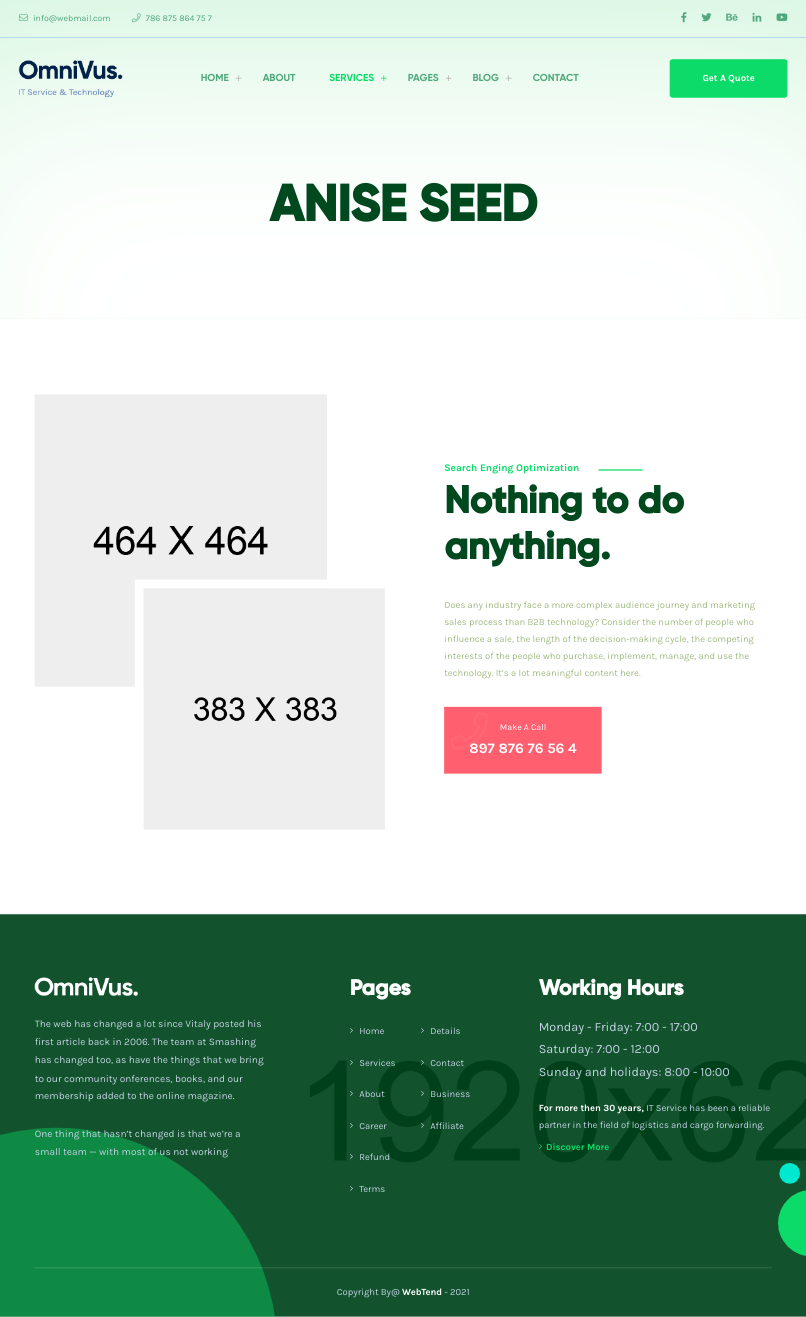
Repository: ziadmoh/alrehab-organic
Page: services-details.html
These files come from the project's save history. The page is drawn as it stood at one moment and after the next save; the edit follows.
The browser window is 1280 px wide. The pictures show the whole page, at 63% of full size.
The style sheet was rebuilt from its Sass, Less or Tailwind sources for each picture, by a compiler version that may differ from the author's.

Above is the page before, as saved 2023-09-23 00:59:08.

### services-details.html
<!DOCTYPE html>
<html lang="zxx">

<head>
    <!--====== Required meta tags ======-->
    <meta charset="utf-8" />
    <meta http-equiv="x-ua-compatible" content="ie=edge" />
    <meta name="description" content="" />
    <meta name="viewport" content="width=device-width, initial-scale=1, shrink-to-fit=no" />

    <!--====== Title ======-->
    <title> Omnivus - IT Solutions & Digital Services HTML5 Template || Services Details </title>
    <!--====== Favicon Icon ======-->
    <link rel="shortcut icon" href="assets/img/favicon.ico" type="img/png" />
    <!--====== Bootstrap css ======-->
    <link rel="stylesheet" href="assets/css/bootstrap.min.css" />
    <!--====== Slick Slider ======-->
    <link rel="stylesheet" href="assets/css/slick.css" />
    <!--====== Magnific ======-->
    <link rel="stylesheet" href="assets/css/magnific-popup.css" />
    <!--====== Animate CSS ======-->
    <link rel="stylesheet" href="assets/css/animate.min.css" />
    <!--====== Font Awesome ======-->
    <link rel="stylesheet" href="assets/css/font-awesome.min.css" />
    <!--====== Main Css ======-->
    <link rel="stylesheet" href="assets/css/style.css" />
</head>

<body>
    <!--====== Preloader Start ======-->
    <div id="preloader">
        <div class="loader-cubes">
            <div class="loader-cube1 loader-cube"></div>
            <div class="loader-cube2 loader-cube"></div>
            <div class="loader-cube4 loader-cube"></div>
            <div class="loader-cube3 loader-cube"></div>
        </div>
    </div>
    <!--====== Preloader End ======-->

    <!--====== Header Part Start ======-->
    <header class="header-two header-full-width sticky-header">
        <div class="header-topbar d-none d-sm-block">
            <div class="container-fluid">
                <div class="row align-items-center justify-content-between">
                    <div class="col-sm-auto col-12">
                        <ul class="contact-info text-center">
                            <li><a href="#"><i class="fal fa-envelope"></i> info@webmail.com</a></li>
                            <li><a href="#"><i class="fal fa-phone"></i> 786 875 864 75 7</a></li>
                        </ul>
                    </div>
                    <div class="col-sm-auto col-12">
                        <div class="social-icon text-center">
                            <ul>
                                <li><a href="#"><i class="fab fa-facebook-f"></i></a></li>
                                <li><a href="#"><i class="fab fa-twitter"></i></a></li>
                                <li><a href="#"><i class="fab fa-behance"></i></a></li>
                                <li><a href="#"><i class="fab fa-linkedin-in"></i></a></li>
                                <li><a href="#"><i class="fab fa-youtube"></i></a></li>
                            </ul>
                        </div>
                    </div>
                </div>
            </div>
        </div>
        <div class="header-navigation">
            <div class="container-fluid d-flex align-items-center justify-content-between">
                <div class="header-left">
                    <div class="site-logo">
                        <a href="index.html"><img src="assets/img/logo-2.png" alt="Omnivus"></a>
                    </div>
                </div>
                <div class="site-nav-menu">
                    <ul class="primary-menu">
                        <li>
                            <a href="index.html">Home</a>
                             <ul class="submenu">
                                <li><a href="index.html">Home 1</a></li>
                                <li><a href="index-2.html">Home 2</a></li>
                                <li><a href="index-3.html">Home 3</a></li>
                                <li><a href="index-4.html">Home 4</a></li>
                                <li><a href="index-5.html">Home 5</a></li>
                                <li><a href="index-6.html">Home 6</a></li>
                                <li>
                                    <a href="#">OnePage</a>
                                    <ul class="submenu">
                                        <li><a href="index-onepage.html">Home 1</a></li>
                                        <li><a href="index-2-onepage.html">Home 2</a></li>
                                        <li><a href="index-3-onepage.html">Home 3</a></li>
                                        <li><a href="index-4-onepage.html">Home 4</a></li>
                                        <li><a href="index-5-onepage.html">Home 5</a></li>
                                        <li><a href="index-6-onepage.html">Home 6</a></li>
                                    </ul>
                                </li>
                            </ul>
                        </li>
                        <li>
                            <a class="nav-link" href="about.html">About</a>
                        </li>
                        <li class="current">
                            <a href="#">Services</a>
                            <ul class="submenu">
                                <li><a href="services.html">Services</a></li>
                                <li><a href="services-details.html">Services Details</a></li>
                            </ul>
                        </li>
                        <li>
                            <a href="#">Pages</a>
                            <ul class="submenu">
                                <li><a href="case-study.html">case study</a></li>
                                <li><a href="case-details.html">Case Details</a></li>
                                <li><a href="coming-soon.html">coming soon</a></li>
                                <li><a href="error.html">error</a></li>
                                <li><a href="faq.html">faq</a></li>
                                <li><a href="pricing.html">pricing</a></li>
                                <li><a href="shop.html">shop</a></li>
                                <li><a href="shop-details.html">shop Details</a></li>
                                <li><a href="cart.html">Cart</a></li>
                                <li><a href="checkout.html">Checkout</a></li>
                                <li><a href="privacy.html">Privacy</a></li>
                                <li><a href="team.html">team</a></li>
                                <li><a href="team-details.html">team details</a></li>
                            </ul>
                        </li>
                        <li>
                            <a href="#">Blog</a>
                            <ul class="submenu">
                                <li><a href="blog-standard.html">Blog Standard</a></li>
                                <li><a href="blog-grid.html">Blog Grid</a></li>
                                <li><a href="blog-details.html">Blog Details</a></li>
                            </ul>
                        </li>
                        <li>
                            <a href="contact.html">Contact</a>
                        </li>
                    </ul>
                    <a href="#" class="nav-close"><i class="fal fa-times"></i></a>
                </div>
                <div class="header-extra d-flex align-items-center">
                    <div class="nav-toggler">
                        <span></span><span></span><span></span>
                    </div>
                    <div class="navbar-btn">
                        <a href="#">Get A Quote</a>
                    </div>
                </div>
            </div>
        </div>
    </header>
    <!--====== Header Part End ======-->

    <!--====== Page Title start ======-->
    <section class="page-title-area">
        <div class="container">
            <h2 class="title">ANISE SEED</h2>
        </div>
    </section>
    <!--====== Page Title End ======-->

    <!--====== Service Section Start ======-->
    <section class="service-details-section section-gap">
        <div class="container">
            <div class="row align-items-center justify-content-center">
                <div class="col-lg-6 col-md-10">
                    <div class="services-details-imgs mb-md-gap-50">
                        <div class="img-one">
                            <img src="assets/img/service-img/services-op-1.jpg" alt="img">
                        </div>
                        <div class="img-two text-right">
                            <img src="assets/img/service-img/services-op-2.jpg" alt="img">
                        </div>
                    </div>
                </div>
                <div class="col-lg-6 col-md-10">
                    <div class="service-details-text-block">
                        <div class="section-title with-right-border mb-40">
                            <span class="title-tag">Search Enging Optimization</span>
                            <h2 class="title">Nothing to do anything.</h2>
                        </div>
                        <p class="text-color-2">
                            Does any industry face a more complex audience journey and marketing sales process than B2B technology? Consider the number of people who influence a sale, the length of the decision-making cycle, the competing interests of the people who purchase, implement, manage, and use the technology. It’s a lot meaningful content here.
                        </p>
                        <div class="service-support-btn">
                            <p>Make A Call</p>
                            <span>897 876 76 56 4</span>
                            <i class="fal fa-phone"></i>
                        </div>
                    </div>
                </div>
            </div>
        </div>
    </section>
    <!--====== Service Section End ======-->


    <!--====== Back to top start ======-->
    <div class="back-to-top">
        <a href="#"> <i class="fas fa-arrow-up"></i> </a>
    </div>
    <!--====== Back to top start ======-->

    <!--====== Footer PART START ======-->
    <footer class="footer-area footer-area-two" style="background-image: url(assets/img/footer-bg.jpg);">
        <div class="container">
            <div class="row footer-widgets">
                <div class="col-lg-4 col-md-6 col-md-7">
                    <div class="widget about-widget">
                        <div class="logo">
                            <img src="assets/img/logo-1.1.png" alt="Image">
                        </div>
                        <p>The web has changed a lot since Vitaly posted his first article back in 2006. The team at
                            Smashing has changed too, as have the things that we bring to our community onferences,
                            books, and our membership added to the online magazine.</p>
                        <p>One thing that hasn’t changed is that we’re a small team — with most of us not working</p>
                    </div>
                </div>
                <div class="col-lg-3 col-md-6 offset-xl-1">
                    <div class="widget nav-widget">
                        <h4 class="widget-title">Pages</h4>
                        <div class="footer-list">
                            <ul>
                                <li><a href="#"><i class="fal fa-angle-right"></i> Home</a></li>
                                <li><a href="#"><i class="fal fa-angle-right"></i> Services</a></li>
                                <li><a href="#"><i class="fal fa-angle-right"></i> About</a></li>
                                <li><a href="#"><i class="fal fa-angle-right"></i> Career</a></li>
                                <li><a href="#"><i class="fal fa-angle-right"></i> Refund</a></li>
                                <li><a href="#"><i class="fal fa-angle-right"></i> Terms</a></li>
                            </ul>
                            <ul>
                                <li><a href="#"><i class="fal fa-angle-right"></i> Details</a></li>
                                <li><a href="#"><i class="fal fa-angle-right"></i> Contact</a></li>
                                <li><a href="#"><i class="fal fa-angle-right"></i> Business</a></li>
                                <li><a href="#"><i class="fal fa-angle-right"></i> Affiliate</a></li>
                            </ul>
                        </div>
                    </div>
                </div>
                <div class="col-lg-4 col-md-6 col-md-6">
                    <div class="widget contact-widget">
                        <h4 class="widget-title">Working Hours</h4>
                        <ul>
                            <li>Monday - Friday: 7:00 - 17:00</li>
                            <li>Saturday: 7:00 - 12:00</li>
                            <li>Sunday and holidays: 8:00 - 10:00</li>
                        </ul>
                        <p><span>For more then 30 years,</span> IT Service has been a reliable partner in the field of
                            logistics and cargo forwarding.</p>
                        <a href="#"><i class="fal fa-angle-right"></i>Discover More</a>
                    </div>
                </div>
            </div>
            <div class="footer-copyright">
                <p>Copyright By@ <a href="#">WebTend</a> - 2021</p>
            </div>
        </div>
    </footer>
    <!--====== Footer PART ENDS ======-->

    <!--====== Jquery ======-->
    <script src="assets/js/jquery-1.12.4.min.js"></script>
    <!--====== Bootstrap ======-->
    <script src="assets/js/bootstrap.bundle.min.js"></script>
    <!--====== Slick slider ======-->
    <script src="assets/js/slick.min.js"></script>
    <!--====== Magnific ======-->
    <script src="assets/js/jquery.magnific-popup.min.js"></script>
    <!--====== Isotope ======-->
    <script src="assets/js/isotope.pkgd.min.js"></script>
    <!--====== Imagesloaded ======-->
    <script src="assets/js/imagesloaded.pkgd.min.js"></script>
    <!--====== Inview ======-->
    <script src="assets/js/jquery.inview.min.js"></script>
    <!--====== Easy Pie Chart ======-->
    <script src="assets/js/jquery.easypiechart.min.js"></script>
    <!--====== Syotimer ======-->
    <script src="assets/js/jquery.syotimer.min.js"></script>
    <!--====== Wow ======-->
    <script src="assets/js/wow.min.js"></script>
    <!--====== Main JS ======-->
    <script src="assets/js/main.js"></script>
</body>

</html>

### assets/scss/style.scss
/*-----------------------------------------------------------------------------------
    Template Name: Omnivus - IT Solutions & Digital Services HTML5 Template
    Template URI: https://webtend.net/demo/html/omnivus/
    Author: WebTend
    Author URI:  https://webtend.net/
    Version: 1.0

    Note: This is Main Style Scss File.
-----------------------------------------------------------------------------------
	CSS INDEX
	===================
    01. Common
    02. Header
    03. Banner
    04. Service
    05. Feature
    05. Portdolio
    07. Counter
    08. Team
    09. Testimonial
    10. Call to action
    11. Latest Post
    12. About
    13. Why Choose
    14. Contact
    15. Intro Video
    16. Accordion
    17. history
    18. Brand
    19. Page title
    20. Shop
    21. Blog
    22. Pricing
    23. Tile Gallery
    24. Comming Soon
    25. Privacy
-----------------------------------------------------------------------------------*/

@import "variables";
@import "common";
@import "header";
@import "banner";
@import "service";
@import "feature";
@import "portfolio";
@import "counter";
@import "team";
@import "testimonial";
@import "cta";
@import "latest-news";
@import "about";
@import "why-choose";
@import "contact";
@import "intro-video";
@import "accordion";
@import "history";
@import "brand";
@import "footer";
@import "page-title";
@import "shop";
@import "blog";
@import "pricing";
@import "tile-gallery";
@import "coming-soon";
@import "privacy";

### assets/scss/_brand.scss
/*=======  Brand Slider  =======*/
.brand-slider {
    .brand-item {
        text-align: center;

        a {
            opacity: 0.2;

            &:hover {
                opacity: 1;
            }
        }

        &.full-opacity a{
            opacity: 1;
        }
    }

    .slick-track {
        display: flex;
        align-items: center;
    }
}

### assets/scss/_page-title.scss
/*=======  Page Title  =======*/
.page-title-area {
    background: #a9ecbb96;
    position: relative;
    z-index: 1;
    text-align: center;
    padding-top: 280px;
    padding-bottom: 120px;

    @include respond-below(sm) {
        padding-top: 180px;
    }

    &::before {
        position: absolute;
        content: "";
        top: 0;
        left: 0;
        width: 100%;
        height: 100%;
        background-image: url(../img/banner/banner-gradient-bg-2.png);
        background-repeat: no-repeat;
        background-size: cover;
        background-position: center;
        z-index: -1;
    }

    .title {
        font-size: 80px;
        margin-bottom: 10px;

        @include respond-below(lg) {
            font-size: 62px;
        }

        @include respond-below(sm) {
            font-size: 38px;
        }
    }

    .breadcrumb-nav {
        display: flex;
        justify-content: center;

        li {
            font-size: 24px;
            font-weight: 700;
            position: relative;
            line-height: 1;

            @include respond-below(sm) {
                font-size: 18px;
            }

            &:not(:last-child) {
                &::after {
                    content: "|";
                    margin: 0 8px;
                }
            }

            &,
            a {
                color: #69a1bb;
            }
        }
    }
}

### assets/scss/_tile-gallery.scss
/*======= Tile Gallery =======*/
.tile-gallery-one {
    text-align: right;

    img {
        border: 11px solid $white;
        box-shadow: 0px 13px 30px rgba(0, 0, 0, 0.07);
    }

    .img-one {
        text-align: left;

        @include respond-between(lg, xl) {
            max-width: 90%;
        }

        @include respond-below(md) {
            max-width: 90%;
        }
    }

    .img-two {
        margin-top: -80px;
        position: relative;
        display: inline-block;
        margin-left: auto;
        z-index: 1;

        @include respond-between(lg, xl) {
            max-width: 90%;
        }

        @include respond-below(md) {
            max-width: 90%;
        }

        &::before {
            content: "";
            position: absolute;
            content: "";
            left: -15px;
            bottom: -15px;
            background-color: $primary-color;
            z-index: -1;
            height: 180px;
            width: 180px;
            clip-path: polygon(0 0, 0% 100%, 100% 100%);
        }
    }
}

.tile-gallery-two {
    text-align: right;

    .img-one {
        text-align: left;

        @include respond-below(sm) {
            max-width: 90%;
        }
    }

    .img-two {
        margin-top: -220px;
        position: relative;
        z-index: 1;
        display: inline-block;

        @include respond-between(lg, xl) {
            max-width: 80%;
        }

        @include respond-below(sm) {
            max-width: 90%;
        }

        &::before {
            content: "";
            position: absolute;
            content: "";
            right: -15px;
            bottom: -15px;
            background-color: $primary-color;
            z-index: -1;
            width: calc(100% - 80px);
            height: calc(100% - 80px);
            clip-path: polygon(100% 0, 0% 100%, 100% 100%);
        }
    }
}

.tile-gallery-three {
    .img-one {
        text-align: right;

        @include respond-below(sm) {
            max-width: 90%;
        }
    }

    .img-two {
        margin-top: -220px;
        position: relative;
        z-index: 1;
        display: inline-block;

        @include respond-below(sm) {
            max-width: 90%;
        }

        @include respond-between(lg, xl) {
            max-width: 90%;
        }

        img {
            border: 15px solid $soft-blue;
        }
    }
}

### assets/scss/_privacy.scss
/*=======  Privacy  =======*/
.privacy-area {
    .content-box {
        padding-bottom: 25px;
        border-bottom: 1px solid $border-color;
        color: $text-color-2;

        &:last-child {
            border-bottom: none;
        }

        h2 {
            margin-bottom: 20px;
        }

        h4 {
            max-width: 80%;
            margin-bottom: 15px;
        }

        p {
            margin-bottom: 20px;
        }

        ul.list {
            margin-top: 15px;

            li {
                position: relative;
                padding-left: 20px;
                padding-bottom: 15px;
                line-height: 20px;

                &:before {
                    position: absolute;
                    top: 5px;
                    left: 0;
                    width: 10px;
                    height: 10px;
                    border-radius: 10px;
                    background: $secondary-color;
                    content: "";
                }
            }
        }
    }
}

Loaded but not shown: assets/css/bootstrap.min.css (library); assets/css/slick.css (common file); assets/css/magnific-popup.css (library); assets/css/animate.min.css (library); assets/css/font-awesome.min.css (library); assets/js/jquery-1.12.4.min.js (library); assets/js/bootstrap.bundle.min.js (library); assets/js/slick.min.js (library); assets/js/jquery.magnific-popup.min.js (library); assets/js/isotope.pkgd.min.js (library); assets/js/imagesloaded.pkgd.min.js (library); assets/js/jquery.inview.min.js (common file); assets/js/jquery.easypiechart.min.js (library); assets/js/jquery.syotimer.min.js (library); assets/js/wow.min.js (library); assets/js/main.js (629 lines, source omitted); assets/scss/_blog.scss (1050 lines, source omitted); assets/scss/_header.scss (781 lines, source omitted); assets/scss/_service.scss (849 lines, source omitted); assets/scss/_banner.scss (727 lines, source omitted); assets/scss/_common.scss (1101 lines, source omitted); assets/scss/_shop.scss (765 lines, source omitted); assets/scss/_portfolio.scss (552 lines, source omitted); assets/scss/_team.scss (422 lines, source omitted); assets/scss/_accordion.scss (320 lines, source omitted); assets/scss/_feature.scss (328 lines, source omitted); assets/scss/_intro-video.scss (289 lines, source omitted); assets/scss/_counter.scss (327 lines, source omitted); assets/scss/_latest-news.scss (316 lines, source omitted); assets/scss/_cta.scss (275 lines, source omitted); assets/scss/_contact.scss (280 lines, source omitted); assets/scss/_about.scss (261 lines, source omitted); assets/scss/_footer.scss (239 lines, source omitted); assets/scss/_history.scss (164 lines, source omitted); assets/scss/_coming-soon.scss (136 lines, source omitted); assets/scss/_testimonial.scss (143 lines, source omitted); assets/scss/_variables.scss (120 lines, source omitted); assets/scss/_pricing.scss (147 lines, source omitted); assets/scss/_why-choose.scss (109 lines, source omitted)

After the next save:
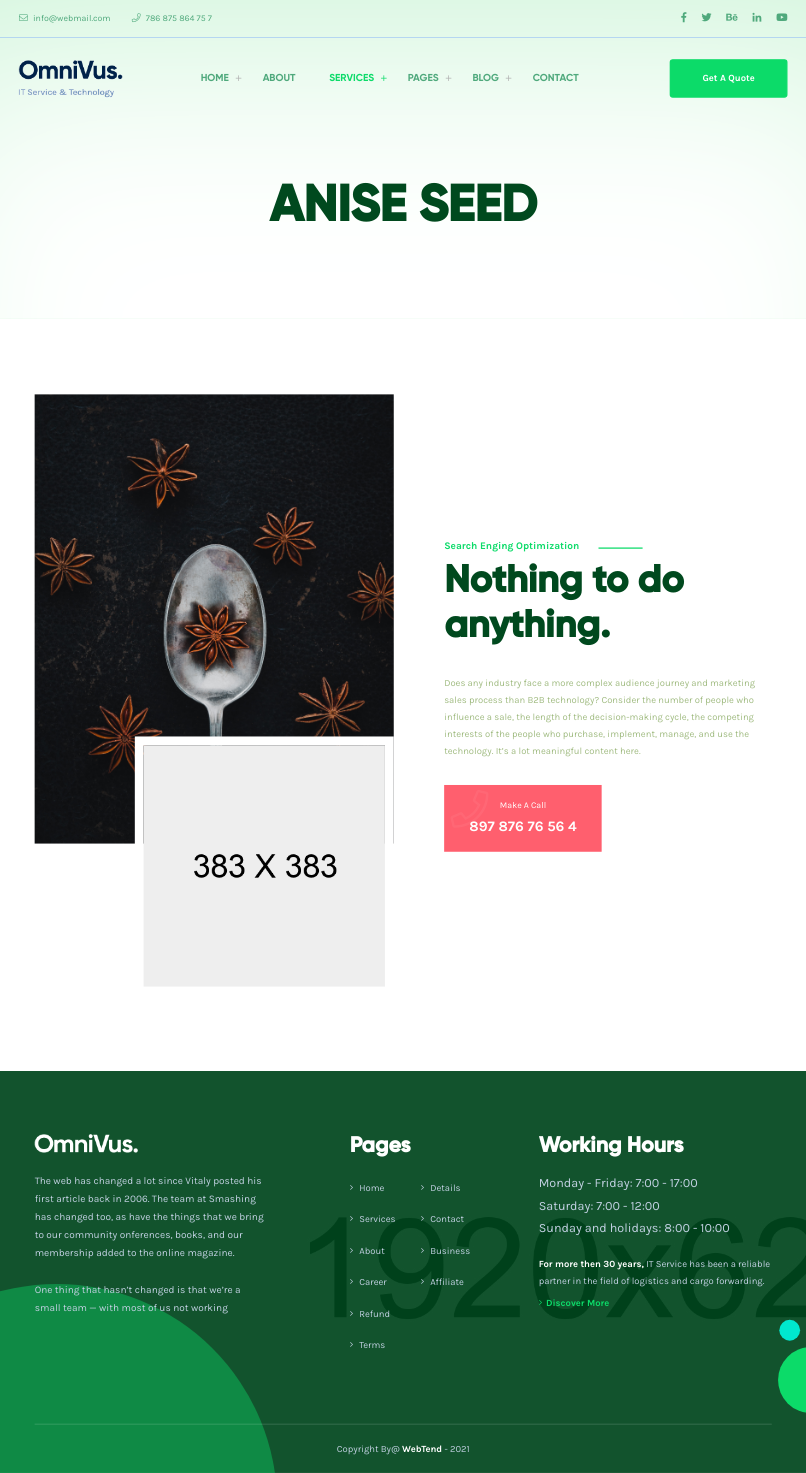
Saved 5 min 19 s later.
--- a/services-details.html
+++ b/services-details.html
@@ -164,7 +164,7 @@
                 <div class="col-lg-6 col-md-10">
                     <div class="services-details-imgs mb-md-gap-50">
                         <div class="img-one">
-                            <img src="assets/img/service-img/services-op-1.jpg" alt="img">
+                            <img src="assets/img/crops/anise-1.jpg" alt="img">
                         </div>
                         <div class="img-two text-right">
                             <img src="assets/img/service-img/services-op-2.jpg" alt="img">
